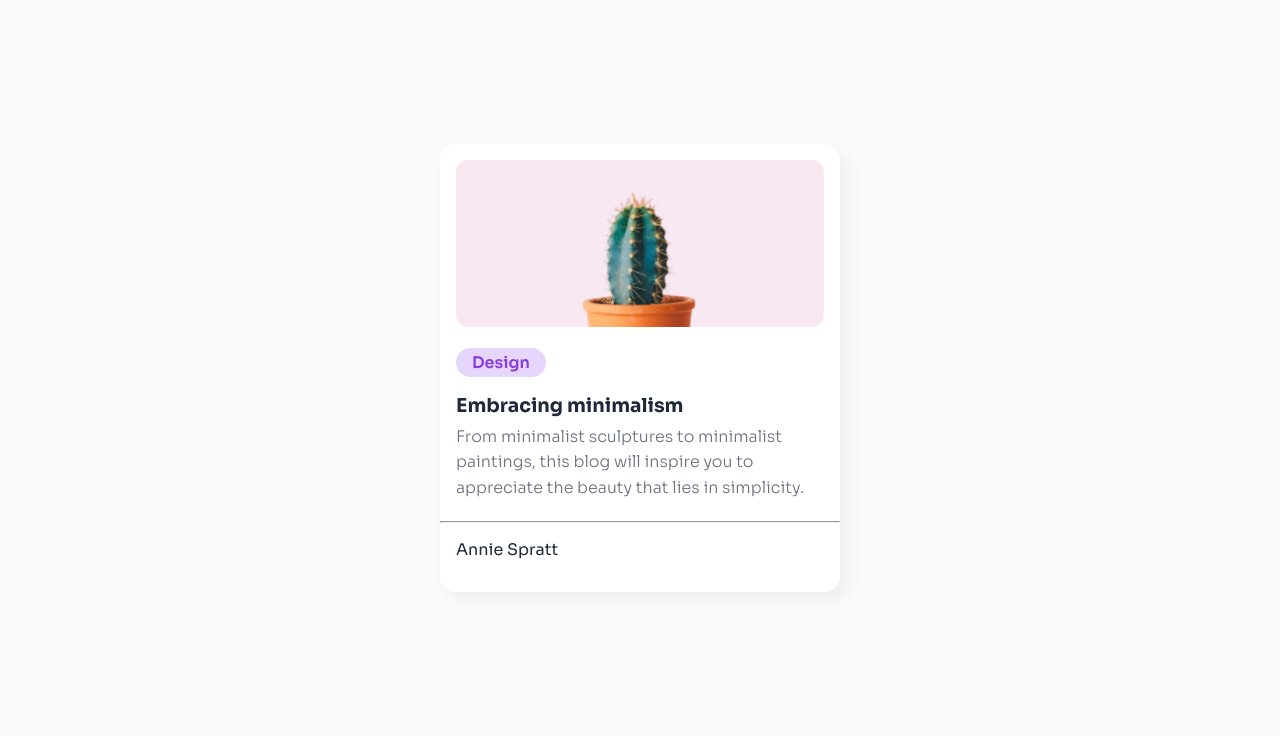
Repository: PCGP22/devChallengesio
Page: 01 - Minimal Blog Card/blogCard.html
An editor plug-in stored every save of this project. The page is shown before and after the next save, followed by the edit.
The browser window is 1280 px wide. The pictures show the whole page.

Above is the page before, as saved 2024-01-01 20:07:32.

### 01 - Minimal Blog Card/blogCard.html
<!DOCTYPE html>
<html lang="en">
<head>
    <link rel="stylesheet" type="text/css" href="styles.css">
    <meta charset="UTF-8">
    <meta name="viewport" content="width=device-width, initial-scale=1.0">
    <title>Document</title>
</head>
<body>
    <div class="card">
        <img src="./cactus_img.jpg" alt="cactus image">
        <p class="tag">Design</p>
        <h1>Embracing minimalism</h1>
        <p class="text">From minimalist sculptures to minimalist paintings, this blog will inspire you to appreciate the beauty that lies in simplicity.</p>
        <hr/>
        <p class="author">Annie Spratt</p>
    </div>
</body>
</html>

### 01 - Minimal Blog Card/styles.css
@import url('https://fonts.googleapis.com/css2?family=Prata&family=Sora:wght@300;400;500;600;700&display=swap');

:root{
    --purple_text: #883AE1;
    --purple_background: #E6D6FC;
    --line: #E5EAF0;
    --body_background: #FAFAF9;
    --card_background: #FFFFFF;
    --text_title: #20293A;
    --text_body: #6C727F;
    --shadow: #efefee;

    --card_width: 368px;

    font-family: 'Sora', sans-serif;;
    color: var(--text_title);
}

body{
    background-color: var(--body_background);
    display: grid;
    place-content: center;
    min-height: 100svh;
}

.card{
    background-color: var(--card_background);
    padding: 16px;
    max-width: var(--card_width);
    border-radius: 16px;
    box-shadow: var(--shadow) 8px 8px 16px;
}

.card img{
    width: 100%;
    border-radius: 12px;
}

.tag{
    display: inline-block;
    background-color: var(--purple_background);
    color: var(--purple_text);
    font-weight: 600;
    padding: 4px 16px;
    border-radius: 16px;
    margin-block: 16px;
}

h1{
    font-size: 1.2em;
    margin-top: 0;
    margin-bottom: 6px;
}

.text{
    margin-top: 0;
    margin-bottom: 20px;
    color: var(--text_body);
    font-weight: 300;
    line-height: 1.6em;
}

hr{
    color: var(--line);
    margin-inline: -16px;
    margin-block: 0;
}

After the next save:
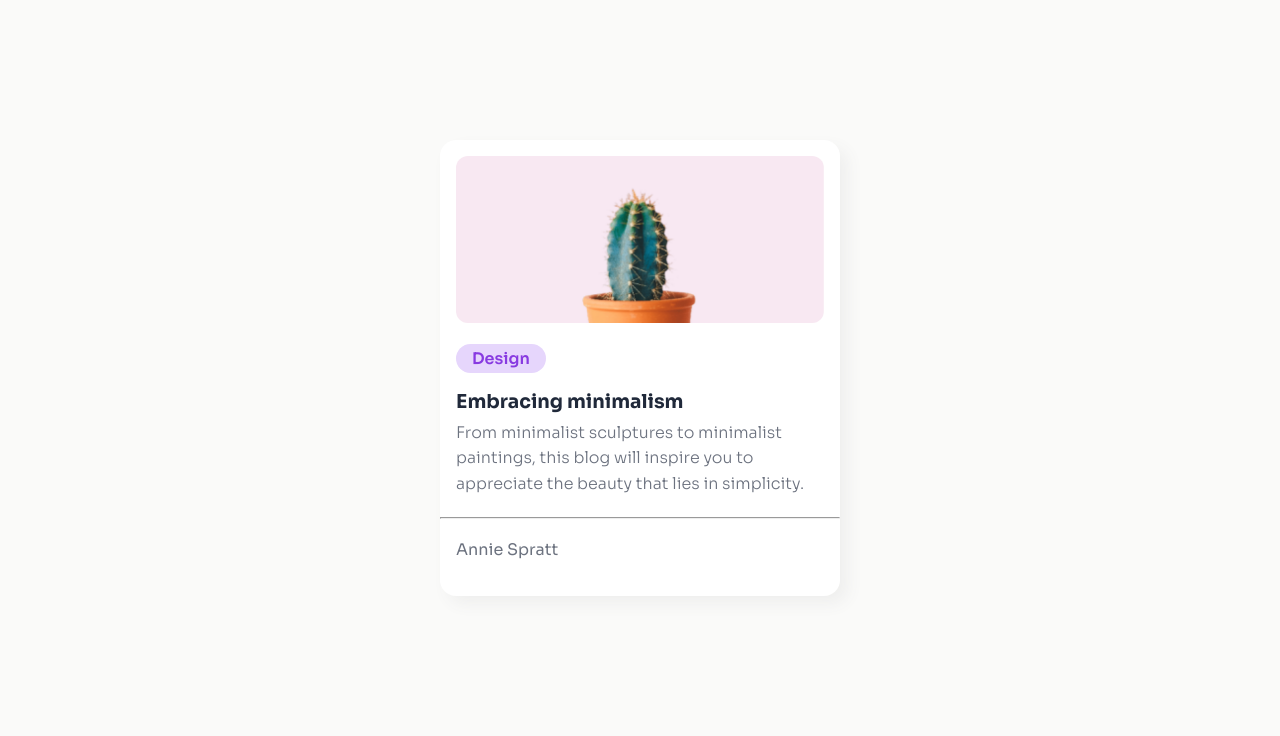
Saved 37 s later.
--- a/01 - Minimal Blog Card/styles.css
+++ b/01 - Minimal Blog Card/styles.css
@@ -65,3 +65,8 @@ hr{
     margin-inline: -16px;
     margin-block: 0;
 }
+
+.author{
+    color: var(--text_body);
+    margin-block: 20px;
+}
